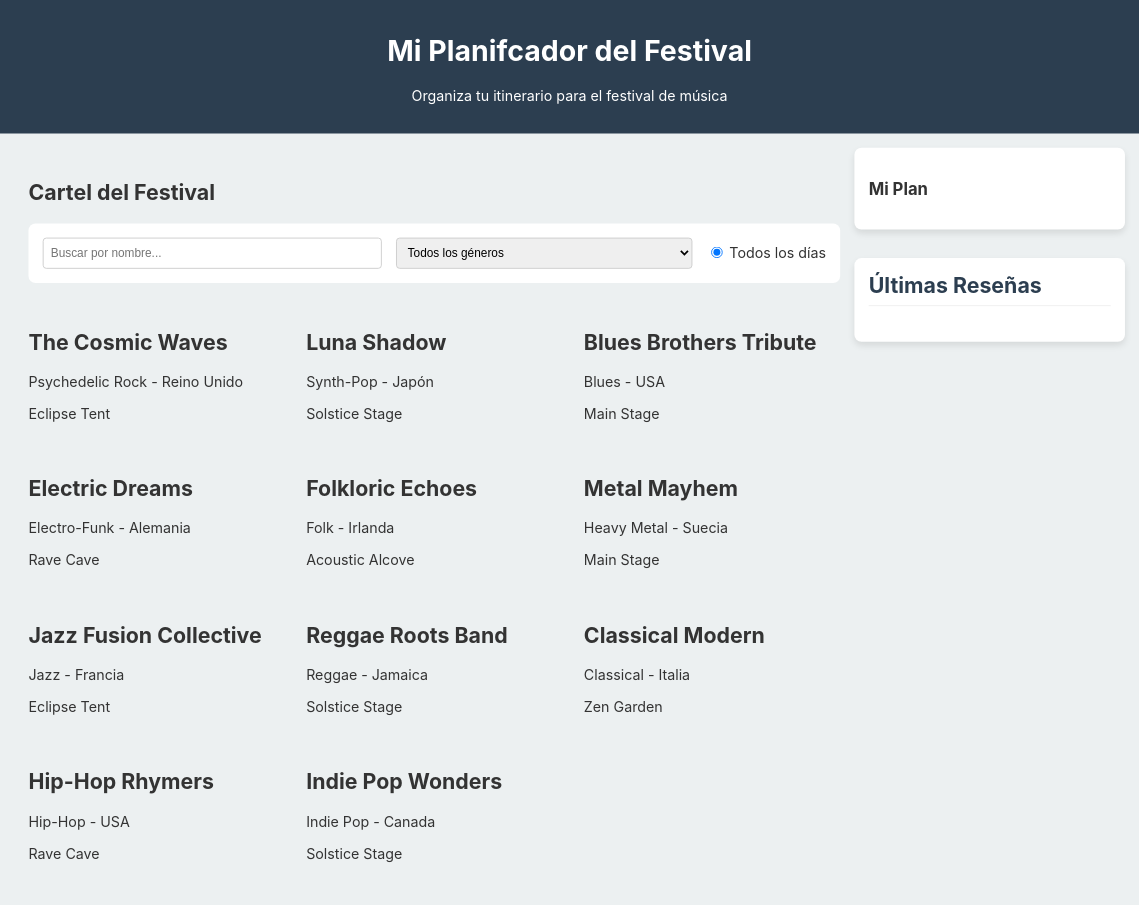
Repository: covaa15/DWEC
Page: Examen12_12_2025/index.html
The author's editor kept a copy of each file at every save. The page is drawn from the files as they stood at one save, then again after the next save.
The browser window is 1280 px wide. The pictures show the whole page, at 89% of full size.

Above is the page before, as saved 2025-12-12 12:03:55.

After the next save:
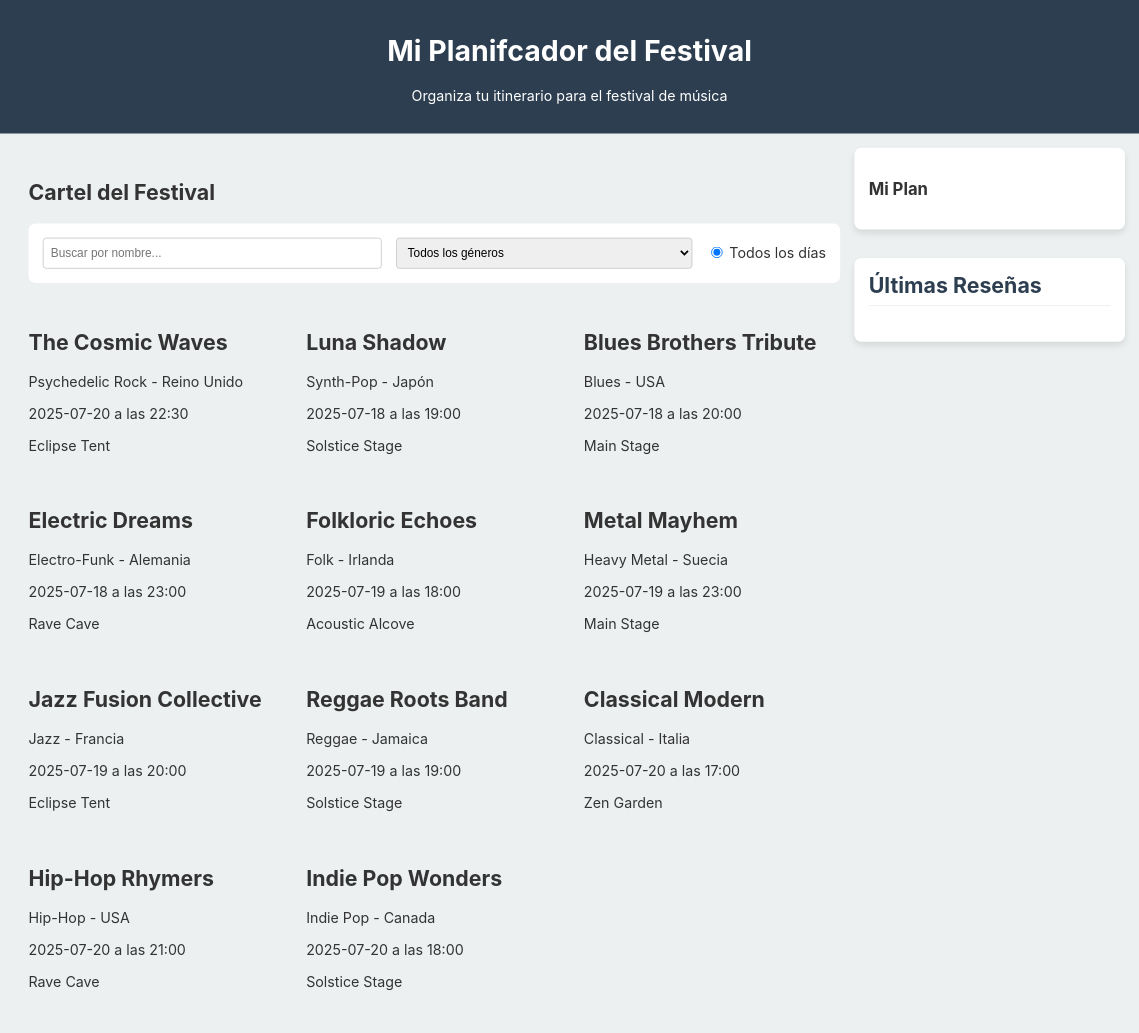
Saved 74 s later.
--- a/Examen12_12_2025/js/main.js
+++ b/Examen12_12_2025/js/main.js
@@ -49,16 +49,13 @@ function mostrarArtistas(artistas) {
         const card = document.createElement('div');
         card.classList.add(".artist-card")
 
-
-
-
         let escenario=obtenerEscenario(artista.id);
         let horario=obtenerHorario(artista.id);
         card.innerHTML = `
         <h2>${artista.nombre}</h2>
         <p>${artista.genero} - ${artista.pais}</p>
         <div>
-
+            <p>${horario.dia} a las ${horario.horaInicio}</p>
              <p> ${escenario}</p>
         </div>
 
